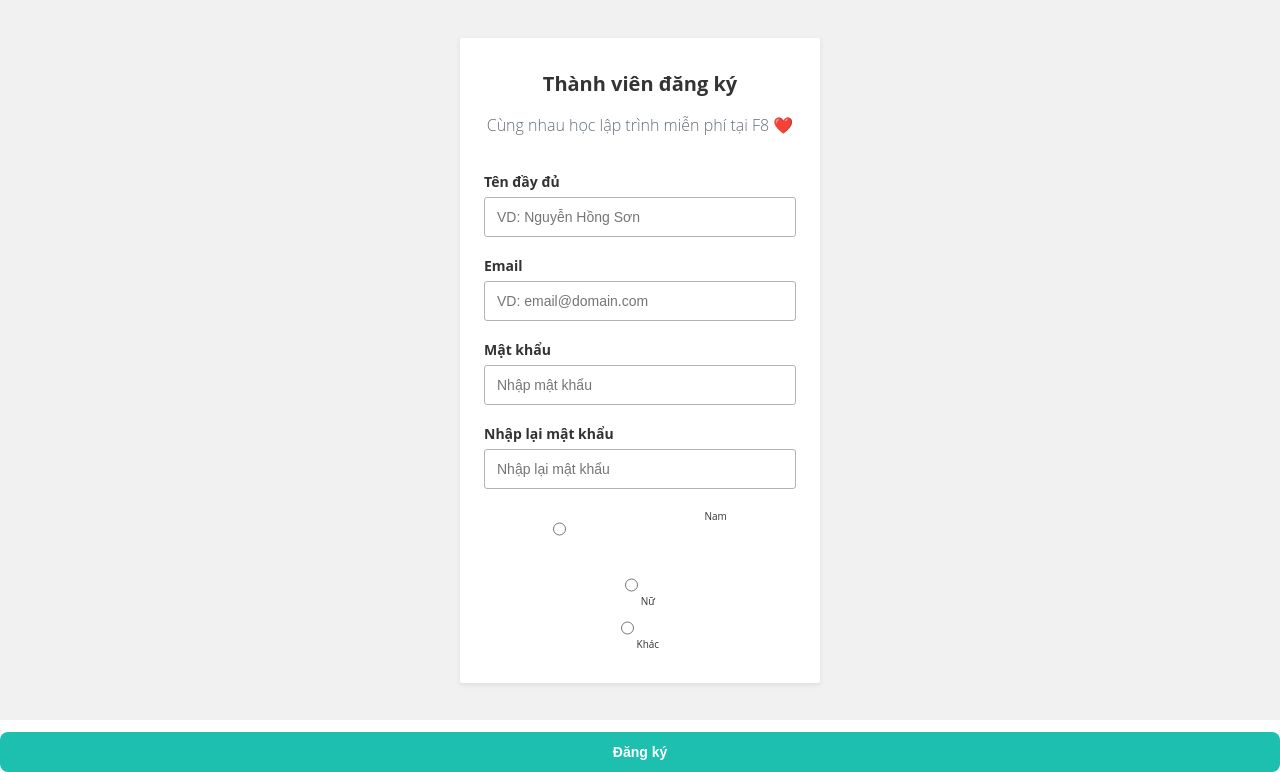
Repository: ahihison/Validation
Page: index.html
The author's editor kept a copy of each file at every save. The page is drawn from the files as they stood at one save, then again after the next save.
The browser window is 1280 px wide. The pictures show the whole page.

Above is the page before, as saved 2022-08-31 09:41:49.

After the next save:
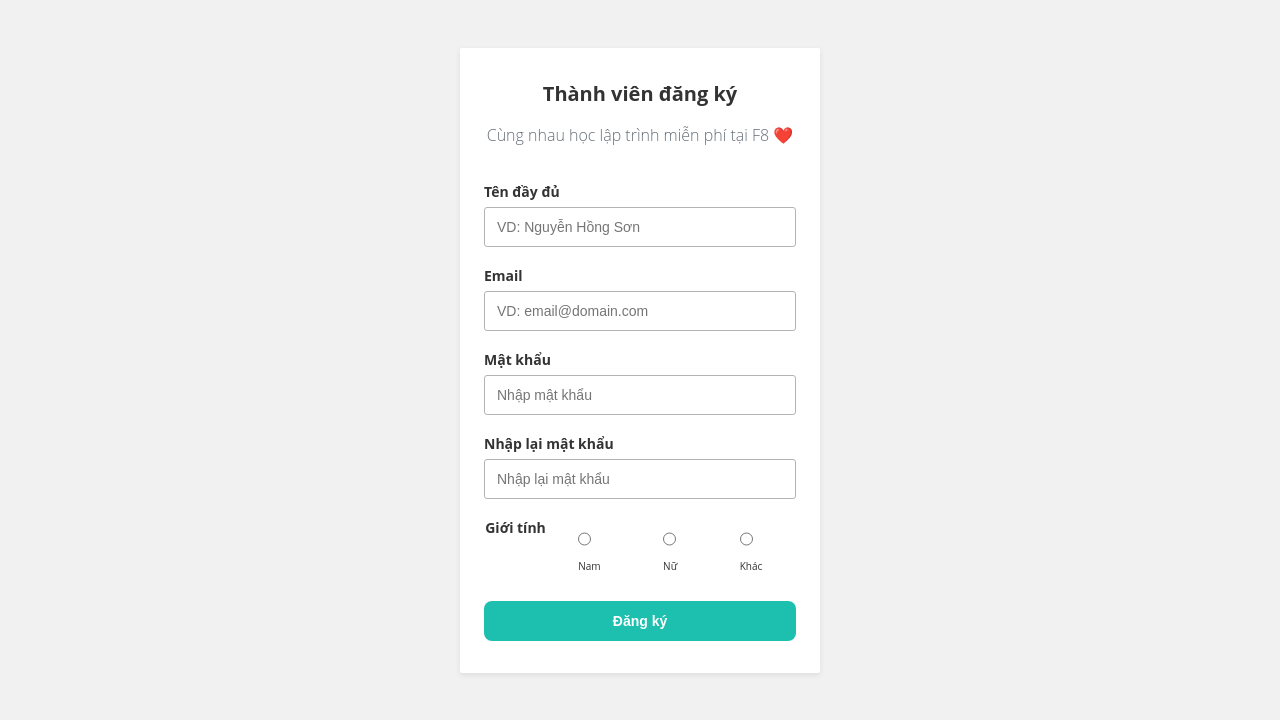
Saved 14 s later.
--- a/index.html
+++ b/index.html
@@ -36,6 +36,8 @@
             </div>
 
             <div class="form-group genderformat">
+                <label for="password_confirmation" class="form-label" >Giới tính</label>
+                <div>
                     <input type="radio" name="gender" value="male" id="gender" class="form-control">
                     <span id="gender">Nam</span>
                 </div>
